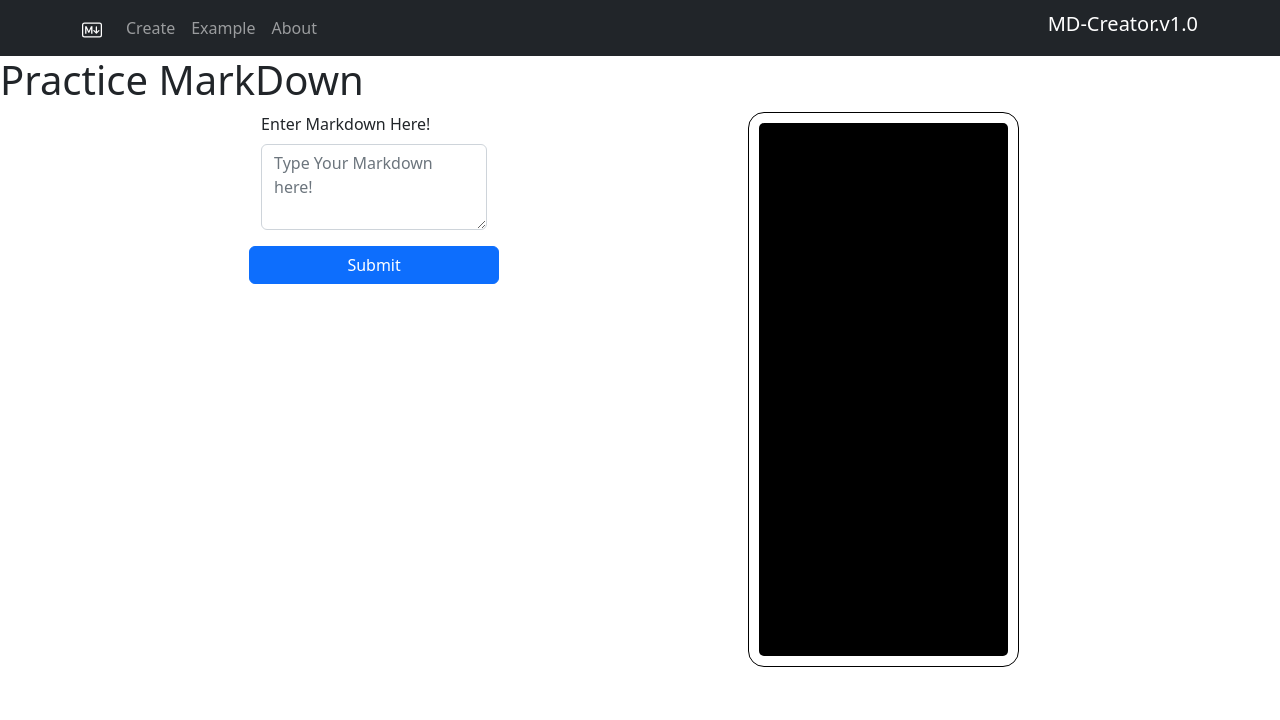
Repository: devkthines/md-editor
Page: /edit
An editor plug-in stored every save of this project. The page is shown before and after the next save, followed by the edit.
The browser window is 1280 px wide. The pictures show the whole page.
The project was rebuilt for these pictures with package versions that can differ from the ones it lists, and the page was loaded fresh each time. Also part of the build but not shown: src/pages/preview.js, src/pages/home.js.

Above is the page before, as saved 2023-12-06 21:27:24.

### src/App.js
import Preview from './pages/preview';
import Editor from './pages/editor';
import NavBar from './components/navbar';
import { BrowserRouter, Routes, Route } from "react-router-dom";
import About from './pages/home';
import 'bootstrap/dist/css/bootstrap.min.css';
import './styles/style.css'
function App() {
  return (
    <BrowserRouter>
    <NavBar/>
      <Routes>
    <Route path='/edit' element={<Editor/>}/>
    <Route index  element={<Preview/>}/>
    <Route path='/about' element={<About/>}/>

      </Routes>
    </BrowserRouter>

  );
}

export default App;

### src/pages/editor.js
import { useState, useEffect } from 'react';
import { marked } from 'marked';
import Button from 'react-bootstrap/Button';
import Form from 'react-bootstrap/Form';
import Row from 'react-bootstrap/Row';
import Col from 'react-bootstrap/Col';
import { QuestionCircleOutlined, SyncOutlined } from '@ant-design/icons';
import { FloatButton } from 'antd';

const App = () => (
  <>
    <FloatButton.Group
      shape="circle"
      style={{
        right: 24,
      }}
    >
      <FloatButton icon={<QuestionCircleOutlined />} />
      <FloatButton />
      <FloatButton.BackTop visibilityHeight={0} />
    </FloatButton.Group>
    <FloatButton.Group
      shape="square"
      style={{
        right: 94,
      }}
    >
      <FloatButton icon={<QuestionCircleOutlined />} />
      <FloatButton />
      <FloatButton icon={<SyncOutlined />} />
      <FloatButton.BackTop visibilityHeight={0} />
    </FloatButton.Group>
  </>
);


export default function Editor() {
    const [edit, SetEdit] = useState('');
    const [preview, setPreview] = useState('');
    const seePreview = (e) => {
        e.preventDefault();
        console.log(edit);
        setPreview(edit);
        SetEdit('');

    }

    return (<> <h1>Practice MarkDown</h1>
        <div className='d-flex justify-content-evenly'>
            <Form>
                <Row> <Form.Group as={Col} className="mb-3" controlId="formBasicPassword">
                    <Form.Label>Enter Markdown Here!</Form.Label>
                    <Form.Control value={edit} onChange={(e) => {
                        setPreview('');
                        SetEdit(e.target.value);

                    }} name="edit" id="editor" as='textarea' placeholder="Type Your Markdown here!" rows={3} />
                </Form.Group></Row>
                <Row><Button as={Col} disabled={!edit} onClick={seePreview} variant="primary" type="submit">
                    Submit
                </Button></Row>


            </Form>
            <div id="mdEdView" dangerouslySetInnerHTML={{ __html: marked.parse(preview) }}>
            </div>
        </div></>
    )
}

### src/components/navbar.js
import Container from 'react-bootstrap/Container';
import Nav from 'react-bootstrap/Nav';
import Navbar from 'react-bootstrap/Navbar';
import {BsMarkdown} from 'react-icons/bs'
export default function NavBar(){

    return(
        <>
     <Navbar bg="dark" variant="dark" className='container-fluid'>
        <Container>
        <Navbar.Brand  href="/"><BsMarkdown/></Navbar.Brand>
          <Nav className="me-auto">
            <Nav.Link href="/edit">Create</Nav.Link>
            <Nav.Link href="/">Example</Nav.Link>
            <Nav.Link href="/about">About</Nav.Link>
          </Nav> <h5 className='ml-auto text-white' >MD-Creator.v1.0</h5>
        </Container>
      </Navbar>
        </>
    )
}

### src/styles/style.css
* {
    margin: 0;
    padding: 0;
    box-sizing: border-box;
}

#mdEdView {
    width: 270.71999999999997px;
    height: 554.88px;
    background-color: black;
    background-clip: content-box;
    padding: 10px;
    border: 1px solid black;
    border-radius: 1rem;
    color: white;
}

Loaded but not shown: public/index.html (common file); src/index.js (common file); src/index.css (common file); src/reportWebVitals.js (common file)

After the next save:
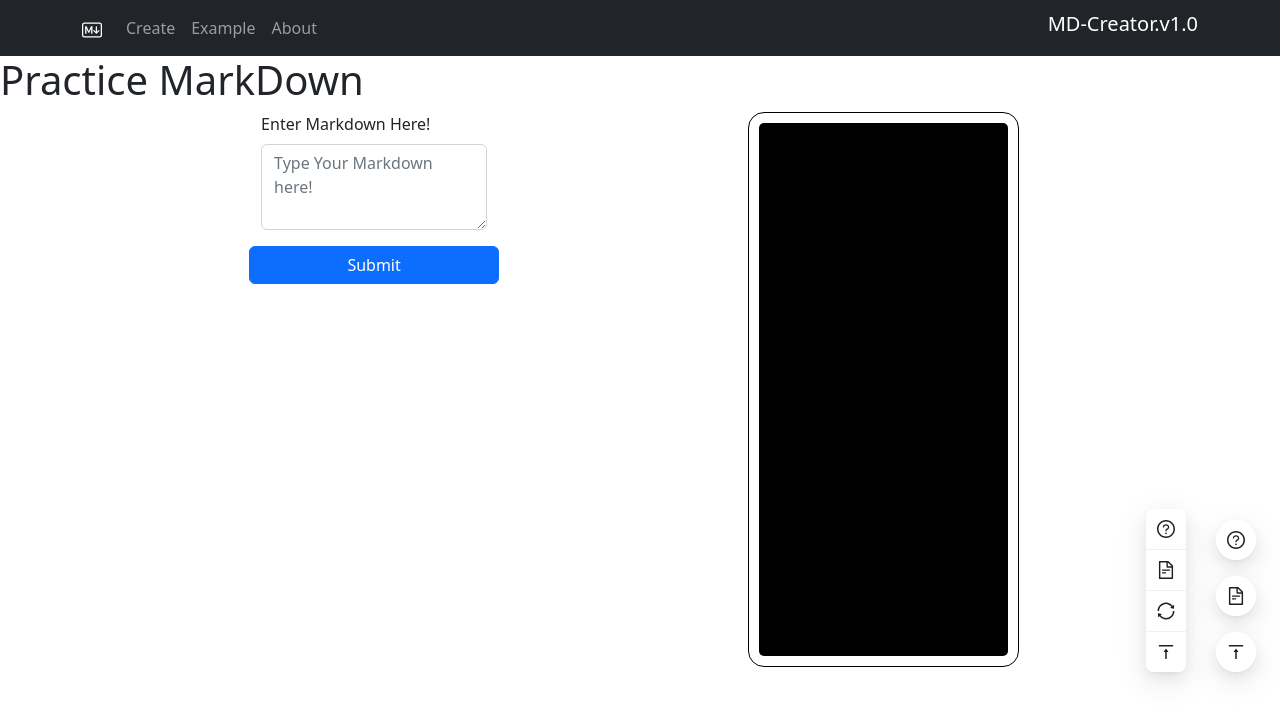
Saved 32 s later.
--- a/src/pages/editor.js
+++ b/src/pages/editor.js
@@ -47,6 +47,7 @@ export default function Editor() {
 
     return (<> <h1>Practice MarkDown</h1>
         <div className='d-flex justify-content-evenly'>
+            <App></App>
             <Form>
                 <Row> <Form.Group as={Col} className="mb-3" controlId="formBasicPassword">
                     <Form.Label>Enter Markdown Here!</Form.Label>
